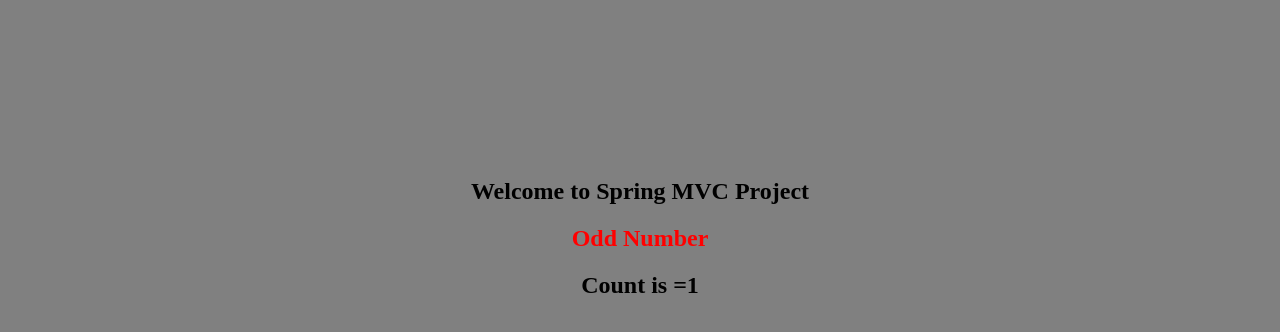
Repository: PragatiShinde16/SpringMVCDemo
Page: http://localhost/SpringMVCProject/views/login.jsp
These files come from the project's save history. The page is drawn as it stood at one moment and after the next save; the edit follows.
The browser window is 1280 px wide. The pictures show the whole page.
The page is served by Tomcat 9. Other server files are loaded and not shown.

Above is the page before, as saved 2024-08-27 05:13:34.

### SpringMVCProject/src/main/webapp/views/login.jsp
<%@ page language="java" contentType="text/html; charset=ISO-8859-1"
    pageEncoding="ISO-8859-1"%>
<!DOCTYPE html>
<html>
<head>
<meta charset="ISO-8859-1">
<title>Insert title here</title>
</head>
<body style="text-align: center; padding:150px; background-color:gray;">
	<h2>Welcome to Spring MVC Project</h2>

	<%!
		int cnt = 0;
	%>
	<%
		cnt++;
		if(cnt % 2 == 0){
			// out.println("Even Number");
	%>
	<h2 style = "color:green;">Even Number</h2>
	<%
		}else{
			// out.println("Odd Number");
	%>
	<h2 style = "color:red;">Odd Number</h2>
	<%
		}
	%>

	<h2>Count is =<%=
		cnt
	%></h2>
</body>
</html>

After the next save:
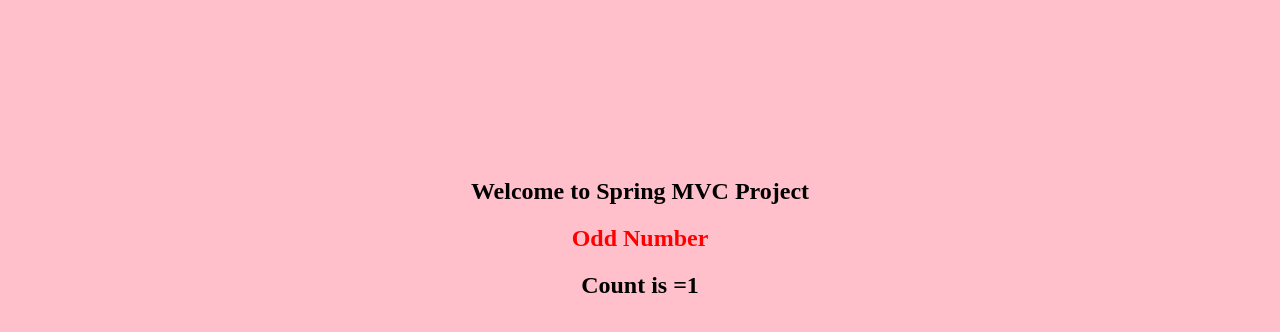
Saved 17 s later.
--- a/SpringMVCProject/src/main/webapp/views/login.jsp
+++ b/SpringMVCProject/src/main/webapp/views/login.jsp
@@ -6,7 +6,7 @@
 <meta charset="ISO-8859-1">
 <title>Insert title here</title>
 </head>
-<body style="text-align: center; padding:150px; background-color:gray;">
+<body style="text-align: center; padding:150px; background-color:pink;">
 	<h2>Welcome to Spring MVC Project</h2>
 
 	<%!
